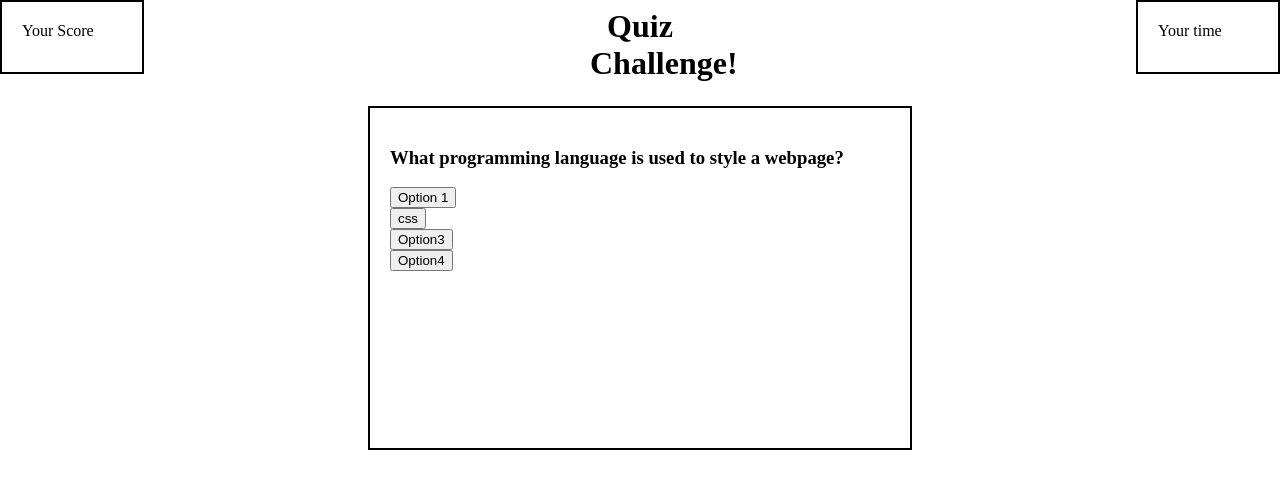
Repository: s88leigh/Quiz-Challenge
Page: index.html
These files come from the project's save history. The page is drawn as it stood at one moment and after the next save; the edit follows.
The browser window is 1280 px wide. The pictures show the whole page.

Above is the page before, as saved 2019-10-19 18:23:17.

After the next save:
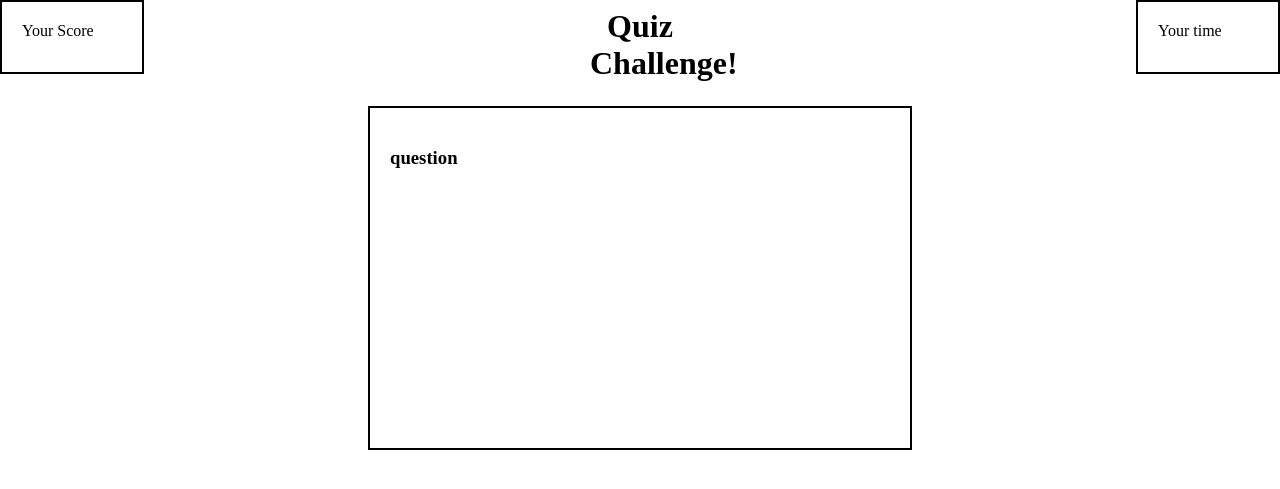
Console error: ReferenceError: questIndex is not defined
Saved 4 s later.
--- a/script.js
+++ b/script.js
@@ -36,7 +36,7 @@
 var p = document.createElement('p')
 
 var counter = 0;
-var questIndex = 0;
+// var questIndex = 0;
 var seconds
 var timerInterval;
 

After the 2 saves that followed:
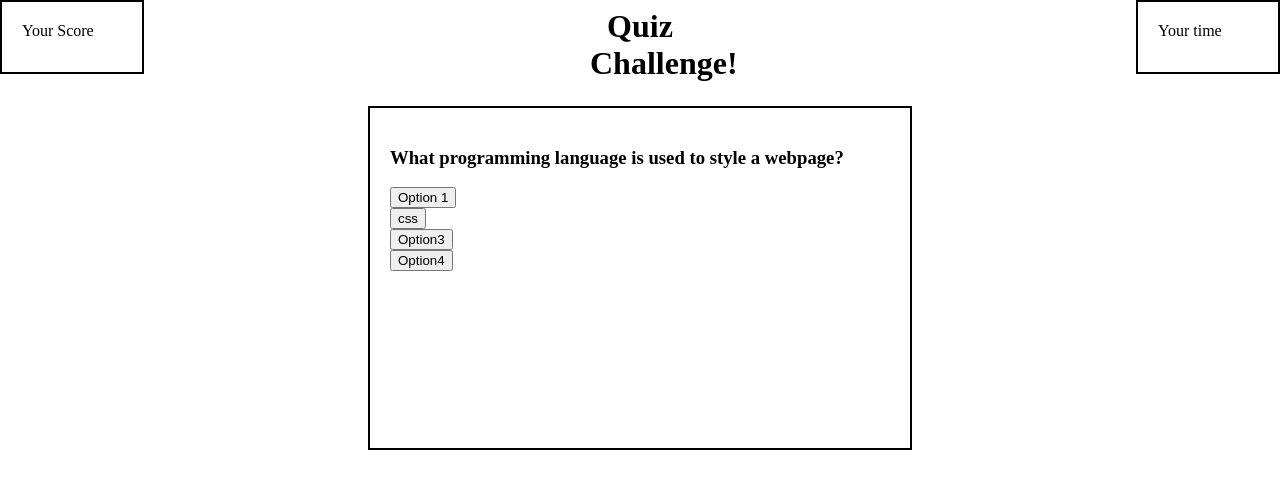
The error is gone.
The 2 saves are shown as one change because 1 left the picture as it was.
The last was saved 103 s later.
--- a/script.js
+++ b/script.js
@@ -33,10 +33,10 @@
     }
 ];
 
-var p = document.createElement('p')
+// var p = document.createElement('p')
 
 var counter = 0;
-// var questIndex = 0;
+var questIndex = 0;
 var seconds
 var timerInterval;
 
